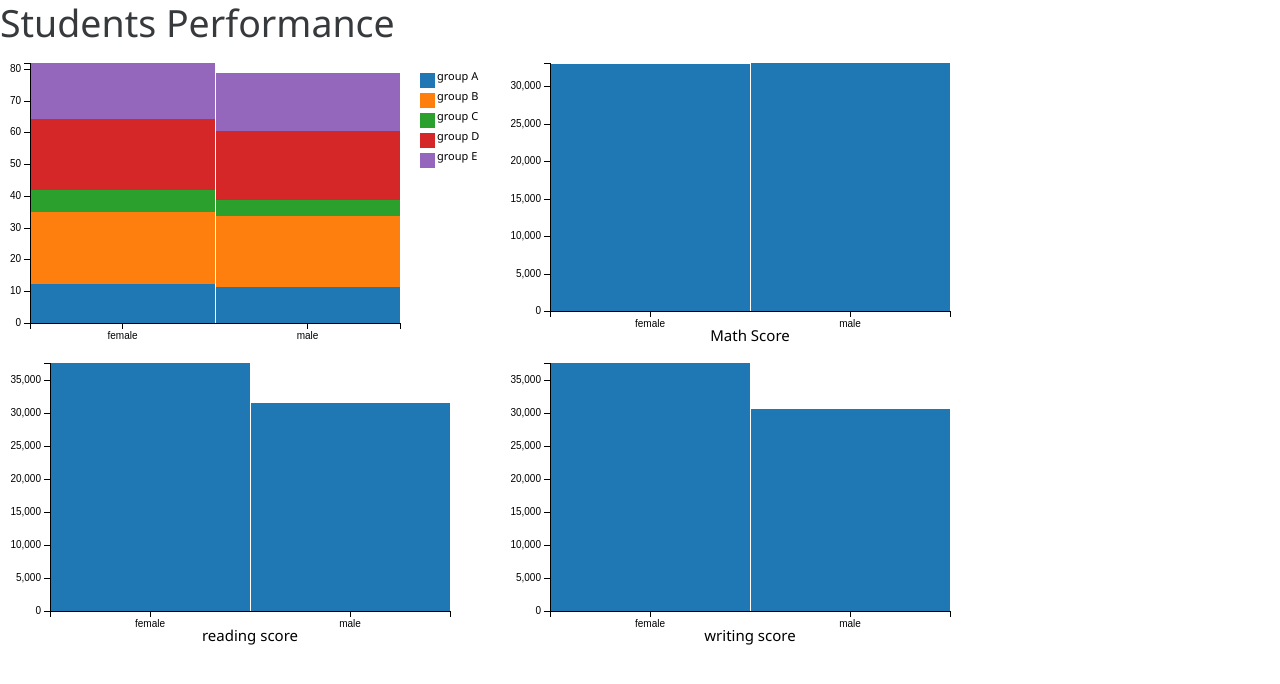
Repository: Baal89/second-milestone-project
Page: index.html
The author's editor kept a record of every edit. The page is drawn from the files as they stood at one moment, then again after the next edit.
The browser window is 1280 px wide. The pictures show the whole page.

Above is the page before.

After the next edit:
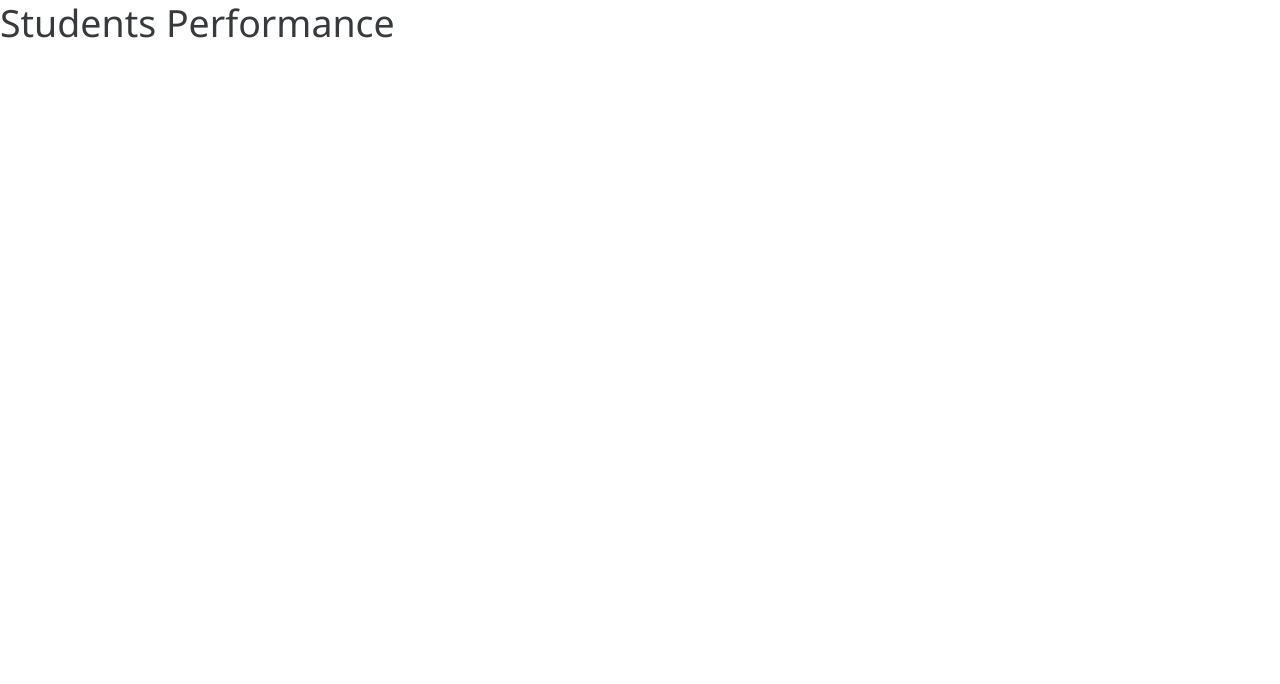
Console error: ReferenceError: aByEthnicity is not defined
The edit:
--- a/static/js/graph.js
+++ b/static/js/graph.js
@@ -94,12 +94,12 @@
     }
 
     var dim = ndx.dimension(dc.pluck("gender"));
-    var aByEthnicity = rankByEducation(dim, "bachelor's degree");
-    var bByEthnicity = rankByEducation(dim, "some college");
-    var cByEthnicity = rankByEducation(dim, "master's degree");
-    var dByEthnicity = rankByEducation(dim, "associate's degree");
-    var eByEthnicity = rankByEducation(dim, "high school");
-    var eByEthnicity = rankByEducation(dim, "some high school");
+    var aByEducation = rankByEducation(dim, "bachelor's degree");
+    var bByEducation = rankByEducation(dim, "some college");
+    var cByEducation = rankByEducation(dim, "master's degree");
+    var dByEducation = rankByEducation(dim, "associate's degree");
+    var eByEducation = rankByEducation(dim, "high school");
+    var fByEducation = rankByEducation(dim, "some high school");
 
 
     dc.barChart("#ethnicity-perfomance")

After the edit that followed:
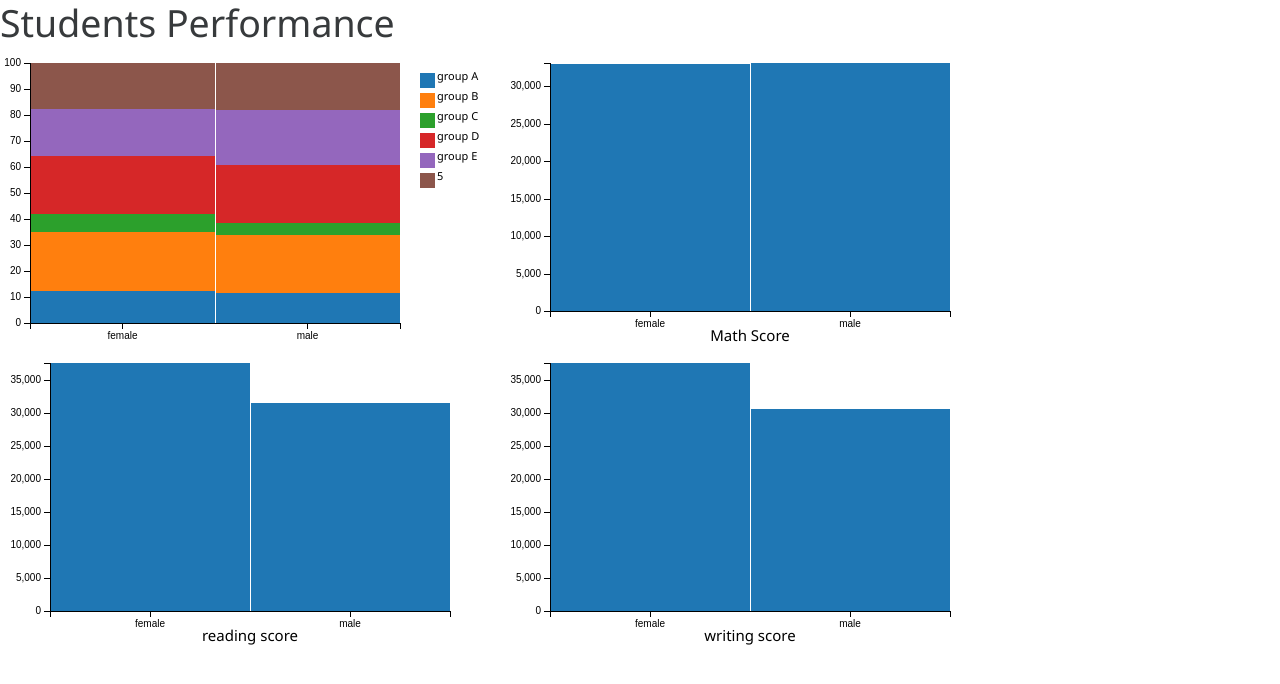
The error is gone.
The edit:
--- a/static/js/graph.js
+++ b/static/js/graph.js
@@ -106,11 +106,12 @@
         .width(500)
         .height(300)
         .dimension(dim)
-        .group(aByEthnicity, "group A")
-        .stack(bByEthnicity, "group B")
-        .stack(cByEthnicity, "group C")
-        .stack(dByEthnicity, "group D")
-        .stack(eByEthnicity, "group E")
+        .group(aByEducation, "group A")
+        .stack(bByEducation, "group B")
+        .stack(cByEducation, "group C")
+        .stack(dByEducation, "group D")
+        .stack(eByEducation, "group E")
+        .stack(fByEducation,)
         .valueAccessor(function(d) {
             if (d.value.total > 0) {
                 return (d.value.match / d.value.total) * 100;
